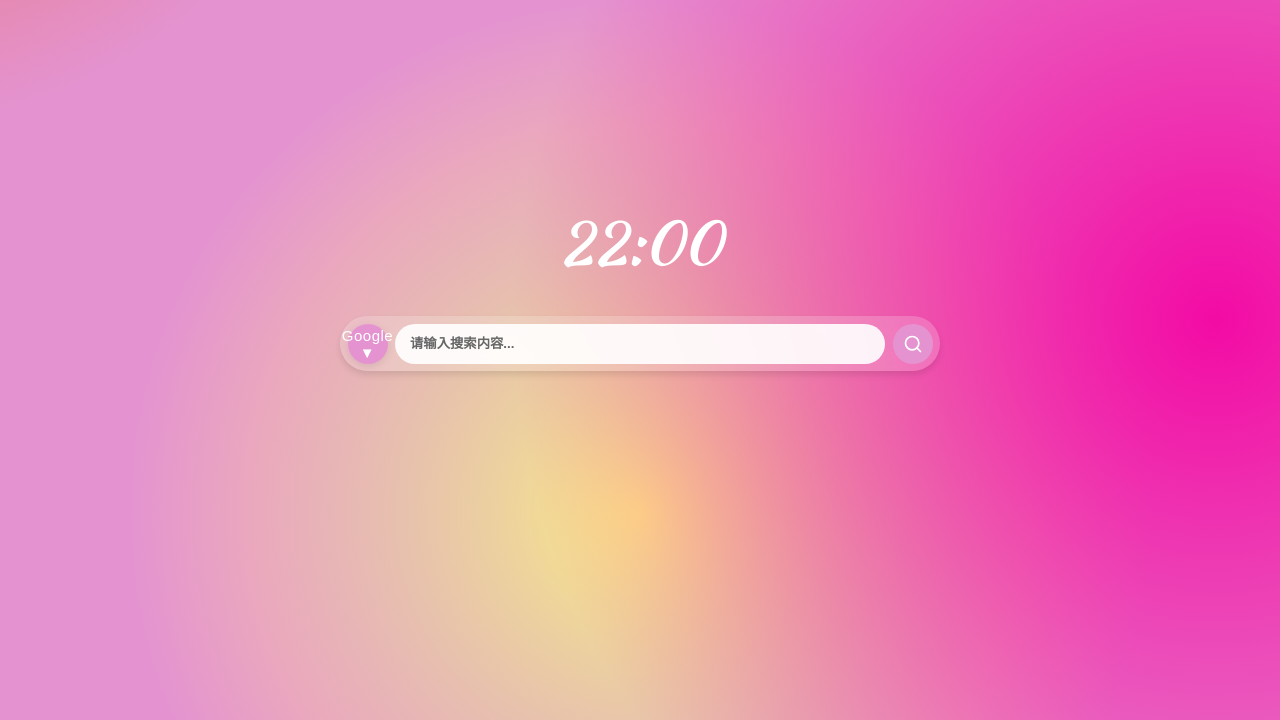
Repository: RADEKWRLD/NaviR
Page: index.html
The author's editor kept a copy of each file at every save. The page is drawn from the files as they stood at one save, then again after a run of saves.
The browser window is 1280 px wide. The pictures show the whole page.

Above is the page before, as saved 2025-05-23 22:47:48.
Console error: TypeError: Cannot read properties of null (reading 'appendChild')

After the next 2 saves:
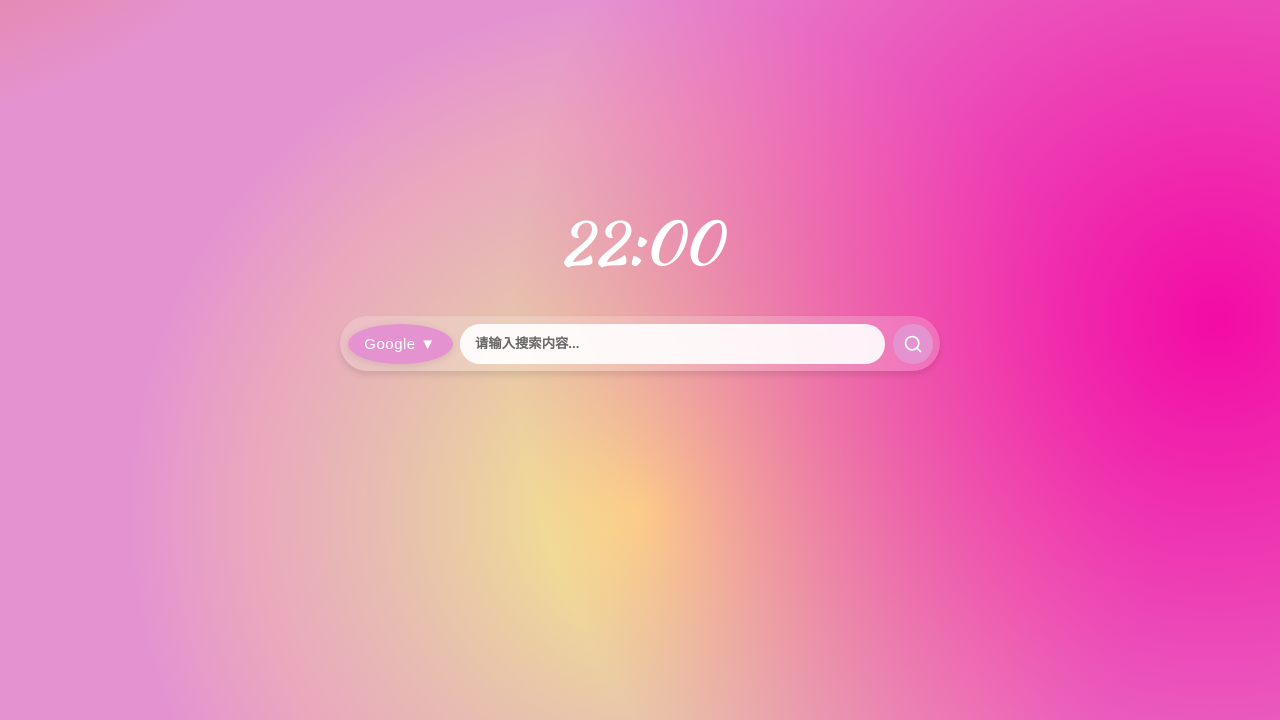
The 2 saves are shown as one change because they came seconds apart.
The last was saved 7 s later.
--- a/style.css
+++ b/style.css
@@ -224,7 +224,7 @@ body {
     font-family: 'Quicksand', sans-serif;
     cursor: pointer;
     outline: none;
-
+    min-width: 7rem;
     font-size: 1rem;
     height: 45px;
     display: flex;
